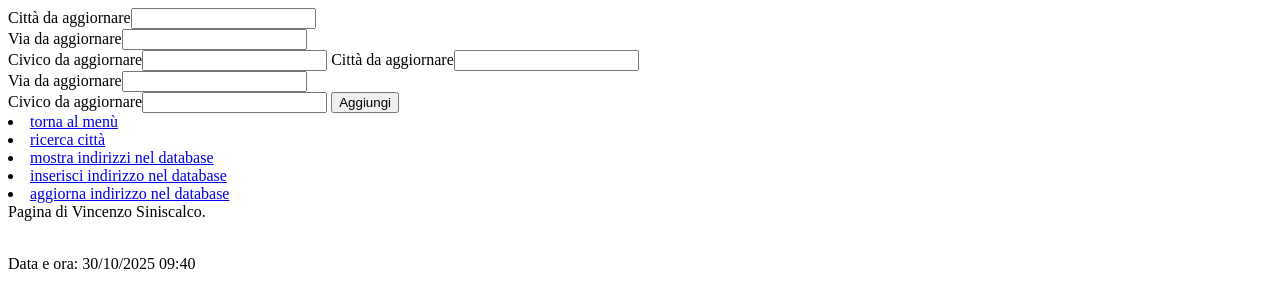
Repository: VincenzoSiniscalco/JavaRepoFinal
Page: http://localhost/esempioMvc2/WEB-INF/views/update.jsp
An editor plug-in stored every save of this project. The page is shown before and after the next save, followed by the edit.
The browser window is 1280 px wide. The pictures show the whole page.
The page is served by Tomcat 9. Nobody is signed in. Other server files are loaded and not shown. The template is opened directly, without the code that normally fills it, so the values that code supplies are empty.

Above is the page before, as saved 2025-10-30 16:04:34.

### esempioMvc2/src/main/webapp/WEB-INF/views/update.jsp
<%@ page language="java" contentType="text/html; charset=UTF-8"
    pageEncoding="UTF-8"%>
<%@ taglib uri="http://www.springframework.org/tags/form" prefix="form"%>
<!DOCTYPE html>
<html>
<head>
<meta charset="UTF-8">
<title>Insert title here</title>
</head>
<body>
	<form:form action="/update" method="post" modelAttribute="chiaveUpdateIndirizzo">
		Città da aggiornare<form:input path="citta"/>
		<br>
		Via da aggiornare<form:input path="via"/>
		<br>
		Civico da aggiornare<form:input path="civico"/>

		Città da aggiornare<form:input path="citta"/>
		<br>
		Via da aggiornare<form:input path="via"/>
		<br>
		Civico da aggiornare<form:input path="civico"/>
		<input type="submit" value="Aggiungi">
	</form:form>
	<jsp:include page="menuRedirect.jsp"></jsp:include>
	<jsp:include page="footer.jsp"></jsp:include>
</body>
</html>

### esempioMvc2/src/main/webapp/WEB-INF/views/menuRedirect.jsp
<li><a href="http://<%=request.getServerName() %>:<%= request.getServerPort()%>/goToMenu">torna al menù</a> </li>
<li><a href="http://<%=request.getServerName() %>:<%= request.getServerPort()%>/goToRicerca">ricerca città</a> </li>
<li><a href="http://<%=request.getServerName() %>:<%= request.getServerPort()%>/indirizzo">mostra indirizzi nel database</a> </li>
<li><a href="http://<%=request.getServerName() %>:<%= request.getServerPort()%>/goToInserisci">inserisci indirizzo nel database</a> </li>
<li><a href="http://<%=request.getServerName() %>:<%= request.getServerPort()%>/goToUpdate">aggiorna indirizzo nel database</a> </li>

### esempioMvc2/src/main/webapp/WEB-INF/views/footer.jsp
<%@page import="java.time.format.DateTimeFormatter"%>
<%@page import="java.time.LocalDateTime"%>
<div>Pagina di Vincenzo Siniscalco.</div>
<br>
		<%
			LocalDateTime dataOra= LocalDateTime.now();
			DateTimeFormatter dtf= DateTimeFormatter.ofPattern("dd/MM/yyyy HH:mm");
			String oggi= dataOra.format(dtf);
		%>
		<p>Data e ora: <%= oggi %></p>

After the next save:
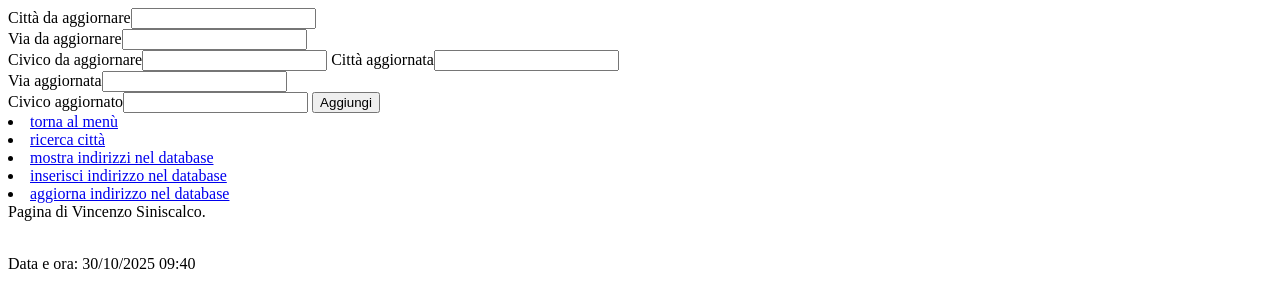
Saved 4 s later.
--- a/esempioMvc2/src/main/webapp/WEB-INF/views/update.jsp
+++ b/esempioMvc2/src/main/webapp/WEB-INF/views/update.jsp
@@ -15,11 +15,11 @@
 		<br>
 		Civico da aggiornare<form:input path="civico"/>
 
-		Città da aggiornare<form:input path="citta"/>
+		Città aggiornata<form:input path="citta"/>
 		<br>
-		Via da aggiornare<form:input path="via"/>
+		Via aggiornata<form:input path="via"/>
 		<br>
-		Civico da aggiornare<form:input path="civico"/>
+		Civico aggiornato<form:input path="civico"/>
 		<input type="submit" value="Aggiungi">
 	</form:form>
 	<jsp:include page="menuRedirect.jsp"></jsp:include>
